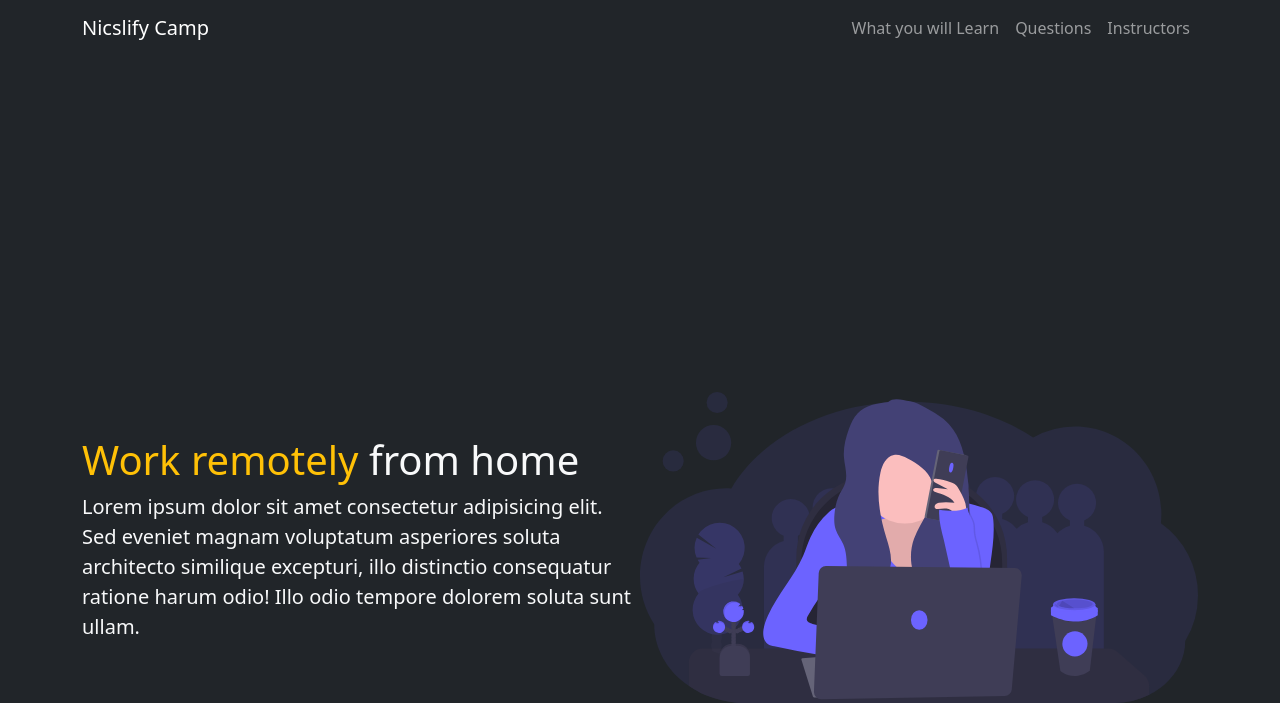
Repository: Eugene44-hub/enrollment-site
Page: index.html
These files come from the project's save history. The page is drawn as it stood at one moment and after the next save; the edit follows.
The browser window is 1280 px wide. The pictures show the whole page.

Above is the page before, as saved 2021-10-19 18:02:54.

After the next save:
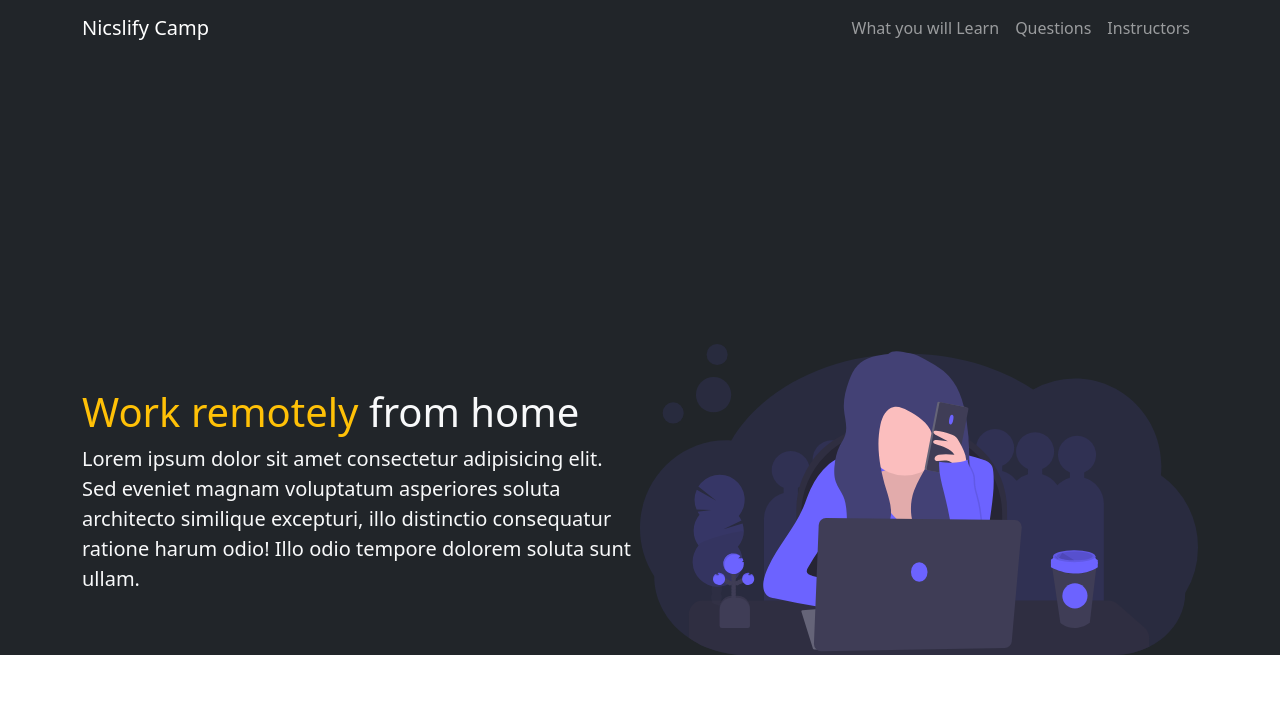
Saved 13 s later.
--- a/index.html
+++ b/index.html
@@ -48,15 +48,14 @@
                         <div class="d-md-flex pt-5 align-items-center justify-content-between">
                             <div class="d-md-flex pt-5 align-items-center justify-content-between">
                                 <div class="d-md-flex pt-5 align-items-center justify-content-between">
-                                    <div class="d-md-flex pt-5 align-items-center justify-content-between">
-                                        <div class="">
-                                            <div class="h1"><span class="text-warning">Work remotely</span> from home</div>
-                                            <p class="lead">Lorem ipsum dolor sit amet consectetur adipisicing elit. Sed eveniet magnam voluptatum asperiores soluta architecto similique excepturi, illo distinctio consequatur ratione harum odio! Illo odio tempore dolorem
-                                                soluta sunt ullam.</p>
-                                        </div>
-                                        <img src="undraw_working_remotely_jh40.svg" class="image-fluid w-50 d-none d-sm-block" alt="">
+                                    <div class="">
+                                        <div class="h1"><span class="text-warning">Work remotely</span> from home</div>
+                                        <p class="lead">Lorem ipsum dolor sit amet consectetur adipisicing elit. Sed eveniet magnam voluptatum asperiores soluta architecto similique excepturi, illo distinctio consequatur ratione harum odio! Illo odio tempore dolorem
+                                            soluta sunt ullam.</p>
                                     </div>
+                                    <img src="undraw_working_remotely_jh40.svg" class="image-fluid w-50 d-none d-sm-block" alt="">
                                 </div>
+                            </div>
     </section>
     <!-- showCase ends -->
 
